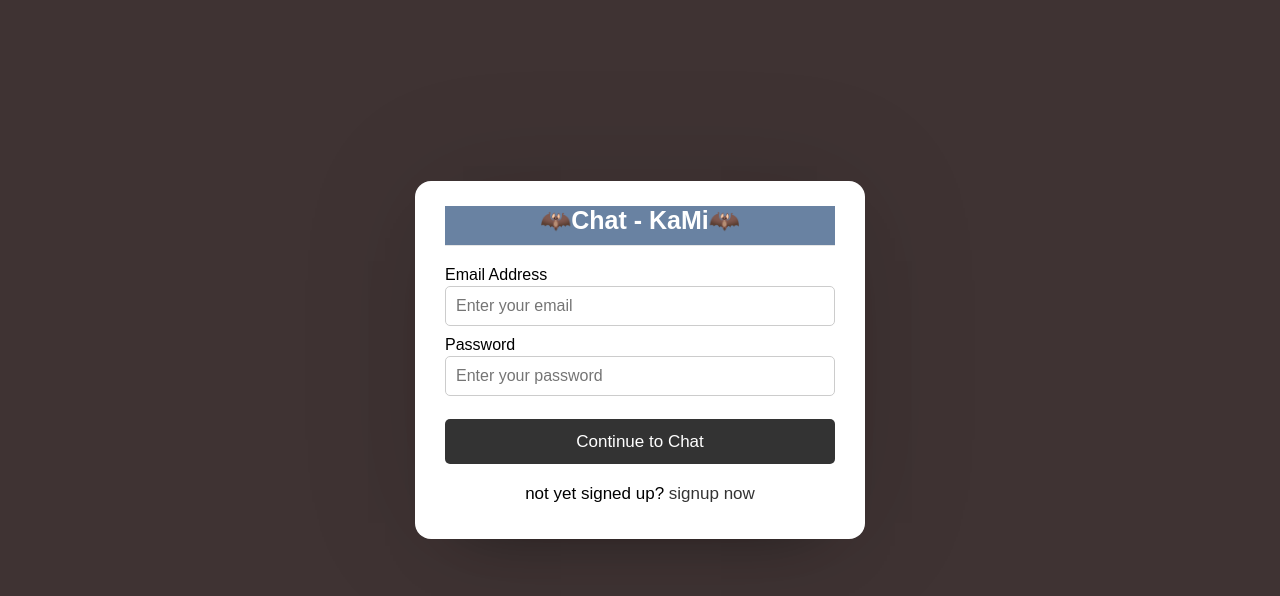
Repository: kananavy/CONQUER
Page: http://localhost/login.php
An editor plug-in stored every save of this project. The page is shown before and after the next save, followed by the edit.
The browser window is 1280 px wide. The pictures show the whole page.
The page is run by PHP 8.4 with error messages shown; the project is at /var/www/html/.

Above is the page before, as saved 2023-01-24 18:26:58.

After the next save:
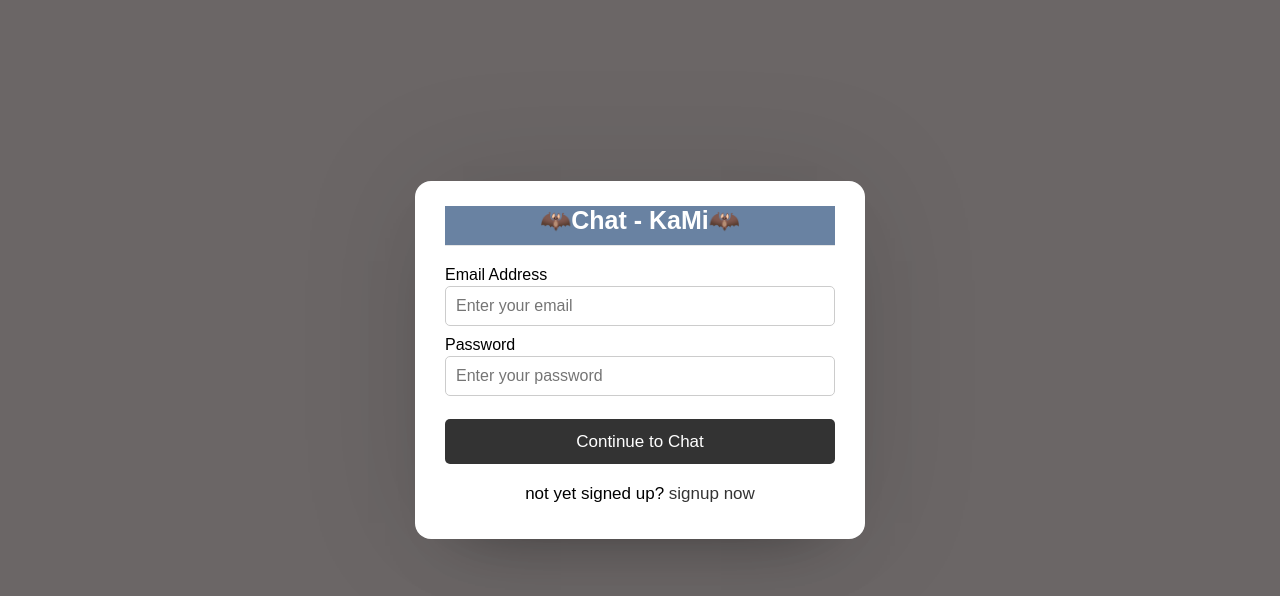
Saved 3 min 55 s later.
--- a/chat.css
+++ b/chat.css
@@ -10,7 +10,7 @@ body{
     align-items: center;
     justify-content: center;
     min-height: 100vh;
-    background: #3f3333;
+    background: #6b6666;
     /* background-color: rgb(71, 182, 202); */
 }
 .wrapper{
